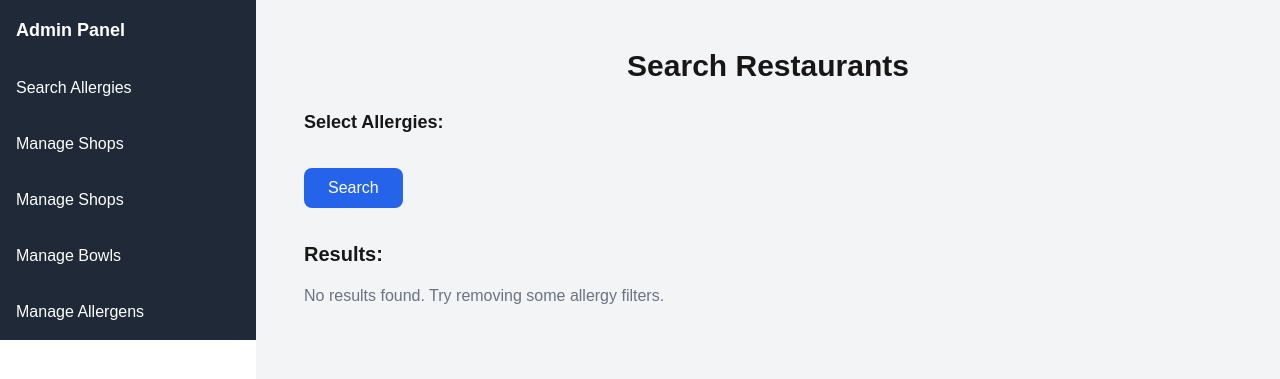
Repository: komuro-zero/ramen_dashboard
Page: /
These files come from the project's save history. The page is drawn as it stood at one moment and after the next save; the edit follows.
The browser window is 1280 px wide. The pictures show the whole page.
The page's requests for data from a server got no answer. The project was rebuilt for these pictures with package versions that can differ from the ones it lists, and the page was loaded fresh each time. The framework's server and built-in components were replaced by stand-ins that run in the browser. No one was signed in, and anything a server would have sent is missing. Also part of the build but not shown: next.config.ts.

Above is the page before, as saved 2025-01-20 22:53:17.

### app/layout.tsx
import "./globals.css";
import Sidebar from "@/components/Sidebar";

export const metadata = {
  title: "Ramen Dashboard",
  description: "Filter restaurants and manage ramen information",
};

export default function RootLayout({
  children,
}: {
  children: React.ReactNode;
}) {
  return (
    <html lang="en">
      <body className="flex">
        <Sidebar />
        <main className="flex-1 p-6 bg-gray-100">{children}</main>
      </body>
    </html>
  );
}

### app/page.tsx
"use client";

import { useState, useEffect } from "react";

export default function SearchPage() {
  const [allergies, setAllergies] = useState<string[]>([]);
  const [results, setResults] = useState<any[]>([]);
  const [allergyOptions, setAllergyOptions] = useState<any[]>([]); // Use any[] for now

  useEffect(() => {
    async function fetchAllergens() {
      try {
        const response = await fetch(`/api/allergens`);
        const data = await response.json();
        setAllergyOptions(data);
      } catch (error) {
        console.error("Error fetching allergens:", error);
      }
    }
    fetchAllergens();
  }, []);

  const toggleAllergy = (allergy: string) => {
    setAllergies((prev) =>
      prev.includes(allergy) ? prev.filter((a) => a !== allergy) : [...prev, allergy]
    );
  };

  const fetchResults = async () => {
    try {
      const response = await fetch(`/api/search?allergies=${allergies.join(",")}`);
      const data = await response.json();
      setResults(data);
    } catch (error) {
      console.error("Error fetching results:", error);
    }
  };

  const isShopUnavailable = (ramenBowls: any[]) => {
    return ramenBowls.every((bowl) =>
      bowl.allergens.some((allergen: any) => allergies.includes(allergen.name))
    );
  };

  return (
    <div className="p-6">
      <h1 className="text-3xl font-bold mb-6 text-center">Search Restaurants</h1>

      <div className="mb-6">
        <h2 className="text-lg font-semibold mb-2">Select Allergies:</h2>
        <div className="flex flex-wrap gap-4">
          {allergyOptions.map((allergen) => (
            <button
              key={allergen.id} // Use allergen.id as key
              onClick={() => toggleAllergy(allergen.name)} // Toggle by name
              className={`px-3 py-1 rounded-lg cursor-pointer
                ${allergies.includes(allergen.name) // Check inclusion by name
                  ? "bg-blue-600 text-white"
                  : "bg-gray-100 text-gray-700"
                }
                hover:bg-blue-500 hover:text-white`}
            >
              {allergen.name}
            </button>
          ))}
        </div>
      </div>

      <button
        onClick={fetchResults}
        className="px-6 py-2 bg-blue-600 text-white rounded-lg hover:bg-blue-700"
      >
        Search
      </button>

      <div className="mt-8">
        <h2 className="text-xl font-semibold mb-4">Results:</h2>
        {results.length > 0 ? (
          <div className="grid grid-cols-1 md:grid-cols-2 lg:grid-cols-3 gap-6">
            {results.map((shop) => {
              const unavailable = isShopUnavailable(shop.ramen);
              return (
                <div
                  key={shop.id}
                  className={`border rounded-lg shadow-md p-4 bg-white ${unavailable ? "opacity-50" : ""
                    }`}
                >
                  <h3 className="text-lg font-bold mb-2">
                    {shop.name} {unavailable && "🚫"}
                  </h3>
                  <p className="text-gray-500 mb-4">{shop.address}</p>
                  <h4 className="text-md font-semibold mb-2">Ramen Bowls:</h4>
                  <ul className="space-y-2">
                    {shop.ramen.map((bowl) => (
                      <li
                        key={bowl.id}
                        className={`p-2 rounded-lg ${bowl.allergens.some((allergen: any) =>
                          allergies.includes(allergen.name)
                        )
                          ? "bg-red-100 text-red-600"
                          : "bg-green-100 text-green-600"
                          }`}
                      >
                        <div className="font-medium">{bowl.name}</div>
                        {bowl.allergens.length > 0 && (
                          <div className="text-sm">
                            Allergens: {bowl.allergens.map((a) => a.name).join(", ")}
                          </div>
                        )}
                        {bowl.allergens.length === 0 && (
                          <div className="text-sm">No allergens 🎉</div>
                        )}
                      </li>
                    ))}
                  </ul>
                </div>
              );
            })}
          </div>
        ) : (
          <p className="text-gray-500">No results found. Try removing some allergy filters.</p>
        )}
      </div>
    </div>
  );
}

### app/globals.css
@tailwind base;
@tailwind components;
@tailwind utilities;

/* Default light mode */
:root {
  --background: #ffffff;
  --foreground: #171717;
}

/* Dark mode overrides */
body.dark {
  --background: #0a0a0a;
  --foreground: #ededed;
}

body {
  background: var(--background);
  color: var(--foreground);
  font-family: Arial, Helvetica, sans-serif;
  min-height: 100vh;
  display: flex;
}

.sidebar {
  min-height: 100vh;
  height: 100%;
  position: fixed;
  left: 0;
  top: 0;
}

.sidebar-option {
  /* Or #sidebar-option if it's an ID */
  background-color: rgba(255, 255, 255, 0.1);
  transition: background-color 0.2s ease;
}

.sidebar-option:hover {
  /* Or #sidebar-option:hover */
  background-color: rgba(255, 255, 255, 0.2);
}

### components/Sidebar.tsx
import Link from "next/link";

export default function Sidebar() {
    return (
        <div className="w-64 h-full bg-gray-800 text-white flex flex-col">
            <h2 className="text-lg font-bold p-4">Admin Panel</h2>
            <nav className="flex flex-col">
                <Link href="/" className="p-4 hover:bg-gray-700">
                    Search Allergies
                </Link>
                <Link href="/manage/shops" className="p-4 hover:bg-gray-700">
                    Manage Shops
                </Link><Link href="/manage/shops" className="p-4 hover:bg-gray-700">
                    Manage Shops
                </Link>
                <Link href="/manage/bowls" className="p-4 hover:bg-gray-700">
                    Manage Bowls
                </Link>
                <Link href="/manage/allergens" className="p-4 hover:bg-gray-700">
                    Manage Allergens
                </Link>
            </nav>
        </div>
    );
}

Loaded but not shown: tailwind.config.ts (common file)

After the next save:
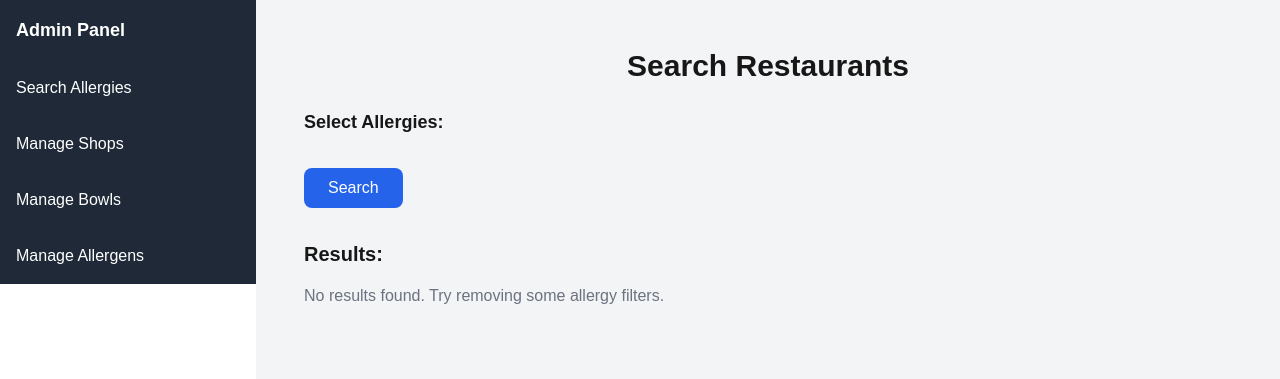
Saved 11 s later.
--- a/components/Sidebar.tsx
+++ b/components/Sidebar.tsx
@@ -10,8 +10,6 @@ export default function Sidebar() {
                 </Link>
                 <Link href="/manage/shops" className="p-4 hover:bg-gray-700">
                     Manage Shops
-                </Link><Link href="/manage/shops" className="p-4 hover:bg-gray-700">
-                    Manage Shops
                 </Link>
                 <Link href="/manage/bowls" className="p-4 hover:bg-gray-700">
                     Manage Bowls
